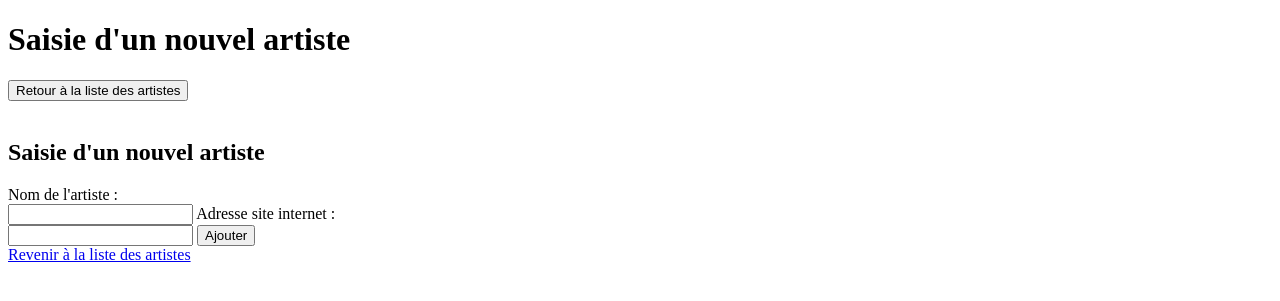
Repository: laurentbul/ApplicationEssai
Page: http://localhost/code/artist_new.php
An editor plug-in stored every save of this project. The page is shown before and after the next save, followed by the edit.
The browser window is 1280 px wide. The pictures show the whole page.
The page is run by PHP 8.4 with error messages shown; the project is at /var/www/html/.

Above is the page before, as saved 2023-04-10 11:46:10.

After the next save:
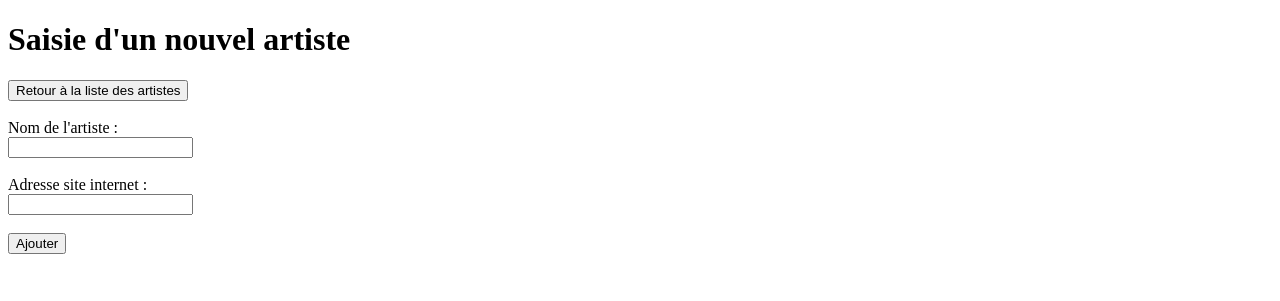
Saved 22 min 16 s later.
--- a/ncode/artist_new.php
+++ b/ncode/artist_new.php
@@ -15,24 +15,18 @@
     <br>
     <br>
 
-    <body>
-    <div class="background_artist_new">
-        <h2>Saisie d'un nouvel artiste</h2>
+    <form action ="script_artist_ajout.php" method="post">
 
+        <label for="nom_for_label">Nom de l'artiste :</label><br>
+        <input type="text" name="nom" id="nom_for_label">
+        <br><br>
 
-        <form class="m-0" action ="/artist/script_artist_ajout.php" method="post">
+        <label for="url_for_label">Adresse site internet :</label><br>
+        <input type="text" name="url" id="url_for_label">
+        <br><br>
 
-            <label class="form-label" for="nom_for_label">Nom de l'artiste :</label><br>
-            <input class="form-control input_artist_new" type="text" name="nom" id="nom_for_label">
+        <input type="submit" value="Ajouter">
 
-            <label class="form-label" for="url_for_label">Adresse site internet :</label><br>
-            <input class="form-control input_artist_new" type="text" name="url" id="url_for_label">
-
-            <input class="btn bouton mt-2" type="submit" value="Ajouter">
-
-        </form>
-
-        <a class="btn bouton mt-2" href="index.php?page=artist">Revenir à la liste des artistes</a>
-    </div>
+    </form>
 </body>
 </html>
